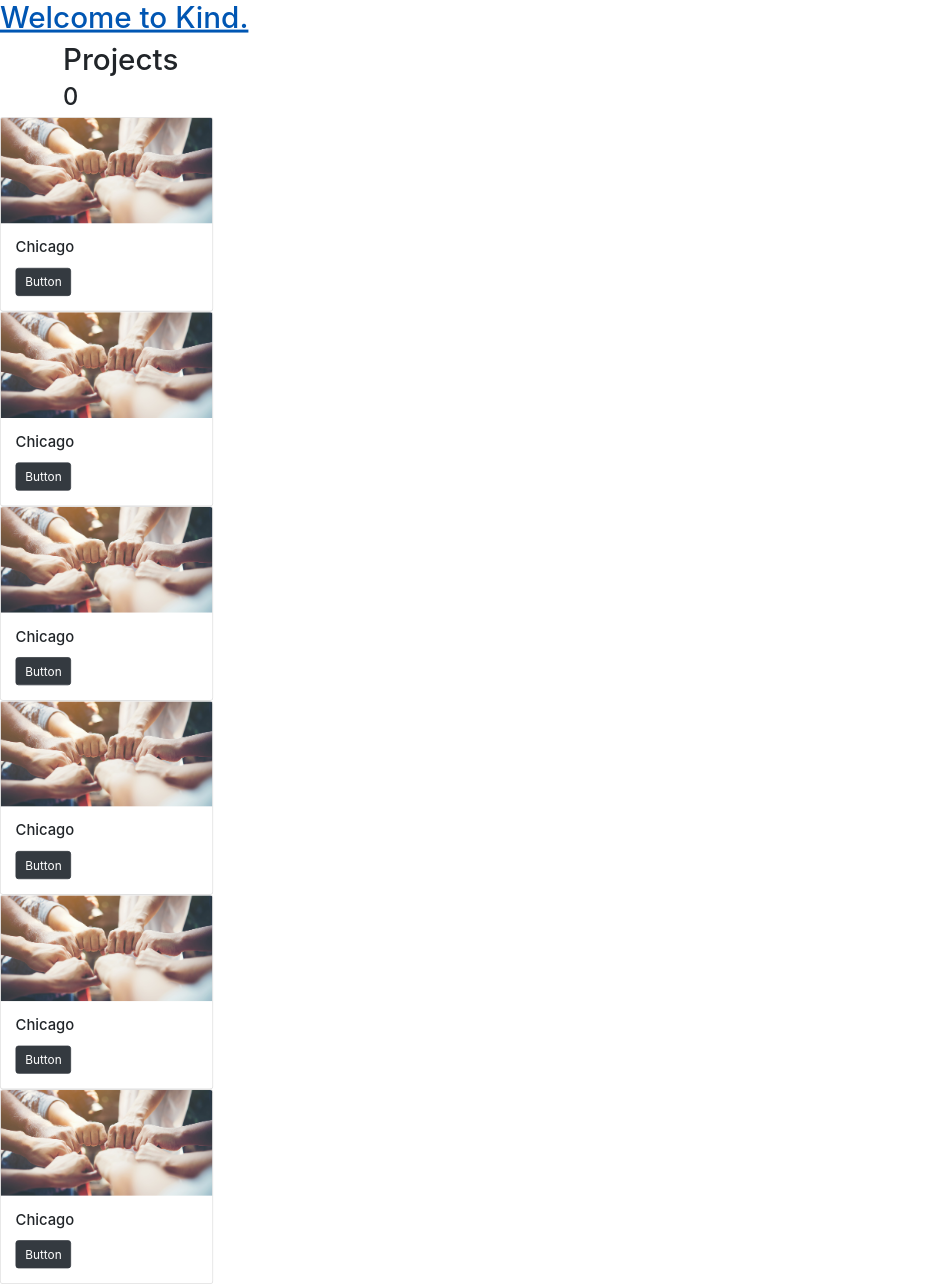
Repository: ruotolbr/KindApp--frontend
Page: / (app in kindappfront/)
The author's editor kept a copy of each file at every save. The page is drawn from the files as they stood at one save, then again after the next save.
The browser window is 1280 px wide. The pictures show the whole page, at 74% of full size.
The page's requests for data from a server got no answer. The project was rebuilt for these pictures with package versions that can differ from the ones it lists, and the page was loaded fresh each time. No one was signed in, and anything a server would have sent is missing. Also part of the build but not shown: kindappfront/webpack.config.js.

Above is the page before, as saved 2021-03-02 12:16:42.

### kindappfront/src/index.js
import React from 'react';
import ReactDOM from 'react-dom';
import 'bootstrap/dist/css/bootstrap.css';
import './index.css';
import App from './App';
import reportWebVitals from './reportWebVitals';
import { BrowserRouter as Router } from 'react-router-dom';


ReactDOM.render(
  <Router>
    <App />
  </Router>,
  document.getElementById('root')
);

// If you want to start measuring performance in your app, pass a function
// to log results (for example: reportWebVitals(console.log))
// or send to an analytics endpoint. Learn more: https://bit.ly/CRA-vitals
reportWebVitals();

### kindappfront/src/App.js
import React from 'react';
import Landing from './Components/Landing';
import { Route } from 'react-router-dom';
import "bootstrap/dist/css/bootstrap.min.css";

function App() {

  return (
    <>
      <header>
        <h1>
          <a href="/">Welcome to Kind.</a>
        </h1>
      </header>
      <main>
        <Route path="/" exact component={Landing}/>
        {/* <Route path="/details/:id" exact component={OpportunityDetail} /> */}
      </main>
    </>
  );
}

export default App;

### kindappfront/src/Components/Landing.jsx
import React, {useState, useEffect} from 'react'
import OpportunityCard from './OpportunityCard'
import project from '../APIs/project'


const LandingPage = () => {
    const [projectInfo, setProjectInfo] = useState([]);

    const fetchProjects  = async () =>{
        const response = await project.get('/project/')
        setProjectInfo(response.data)
    }

    useEffect(()=>{
        fetchProjects()
    },[])

    return (
        <>
            <div className="ui center aligned container">
                <h1>Projects</h1>
                <h2>{projectInfo.length}</h2>
                {console.log(projectInfo)}
            </div>
            <div className="cards-container">
                <OpportunityCard />
                <OpportunityCard />
                <OpportunityCard />
                <OpportunityCard />
                <OpportunityCard />
                <OpportunityCard />
            </div>
        </>
    )
}

export default LandingPage

### kindappfront/src/Components/OpportunityCard.jsx
import React, { useState, useEffect } from 'react';
import { Link } from 'react-router-dom'
import Card from 'react-bootstrap/esm/Card'
import Button from 'react-bootstrap/esm/Button'
import placeholder from "../placeholderimg.jpg";

function OpportunityCard(props) {
    const [posts, setPosts] = useState([]);

    useEffect(() => {
    fetch('http://localhost:8000/posts')
    .then((res) => res.json())
    .then((res) => {
      setPosts(res);
    })
    .catch(console.error)
    }, []);

    return (
        <Card style={{ width: "18rem" }} className="adding-margin">
          <Card.Img variant="top" src={placeholder} />
          <Card.Body>
            <Card.Title>Chicago</Card.Title>
            <Card.Text>
              <section className="container">
            {posts.map((post) => {
        return(
            <Link to={`/details/${posts.id}`} key={posts.id}>
             <h3>{posts.title}</h3>
          </Link>
            );
            })}
      </section>
            </Card.Text>
            <Button variant="dark"> Button</Button>
          </Card.Body>
        </Card>

    );
}

export default OpportunityCard;

### kindappfront/src/APIs/project.js
import axios from 'axios'


export default axios.create({
    baseURL:'http://localhost:8000/posts/api'
})

Loaded but not shown: kindappfront/public/index.html (common file); kindappfront/src/index.css (common file); kindappfront/src/reportWebVitals.js (common file)

After the next save:
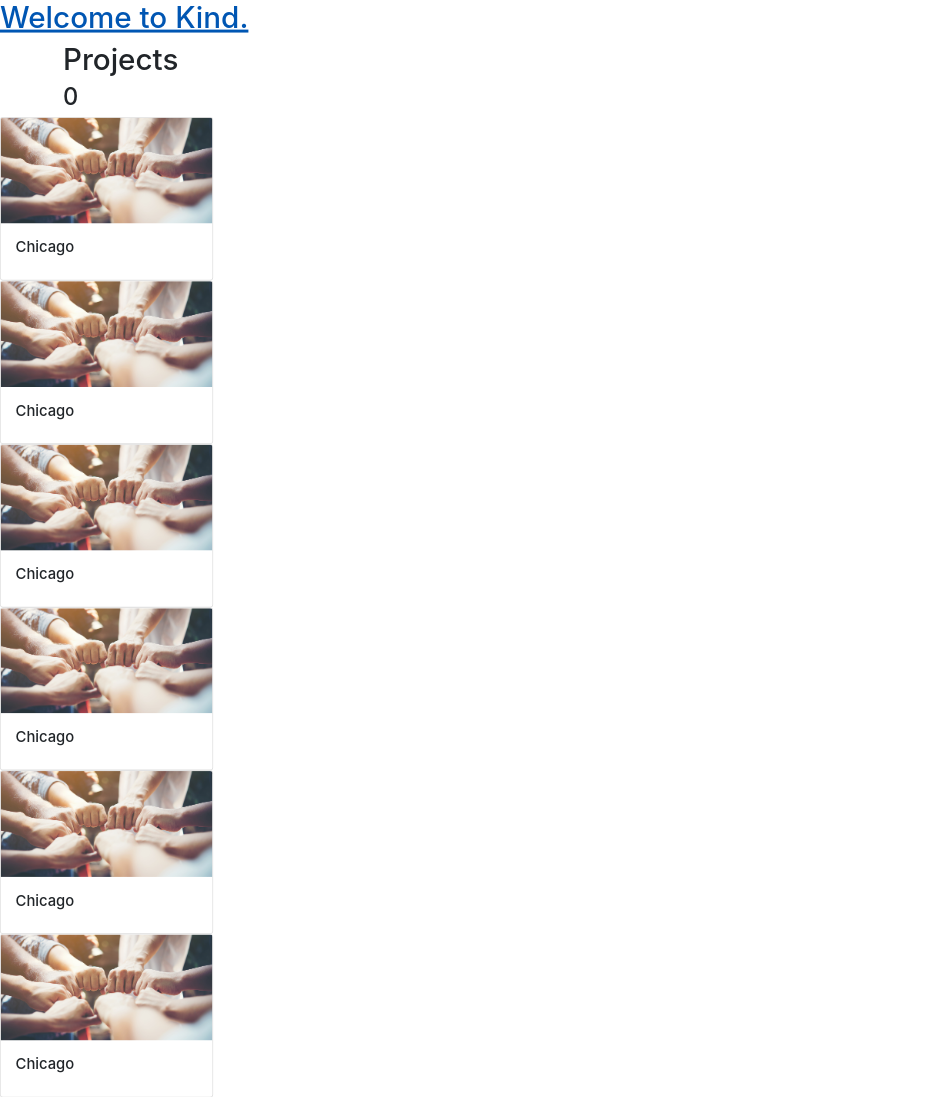
Saved 7 s later.
--- a/kindappfront/src/Components/OpportunityCard.jsx
+++ b/kindappfront/src/Components/OpportunityCard.jsx
@@ -32,7 +32,7 @@ function OpportunityCard(props) {
             })}
       </section>
             </Card.Text>
-            <Button variant="dark"> Button</Button>
+            {/* <Button variant="dark"> Button</Button> */}
           </Card.Body>
         </Card>
 
